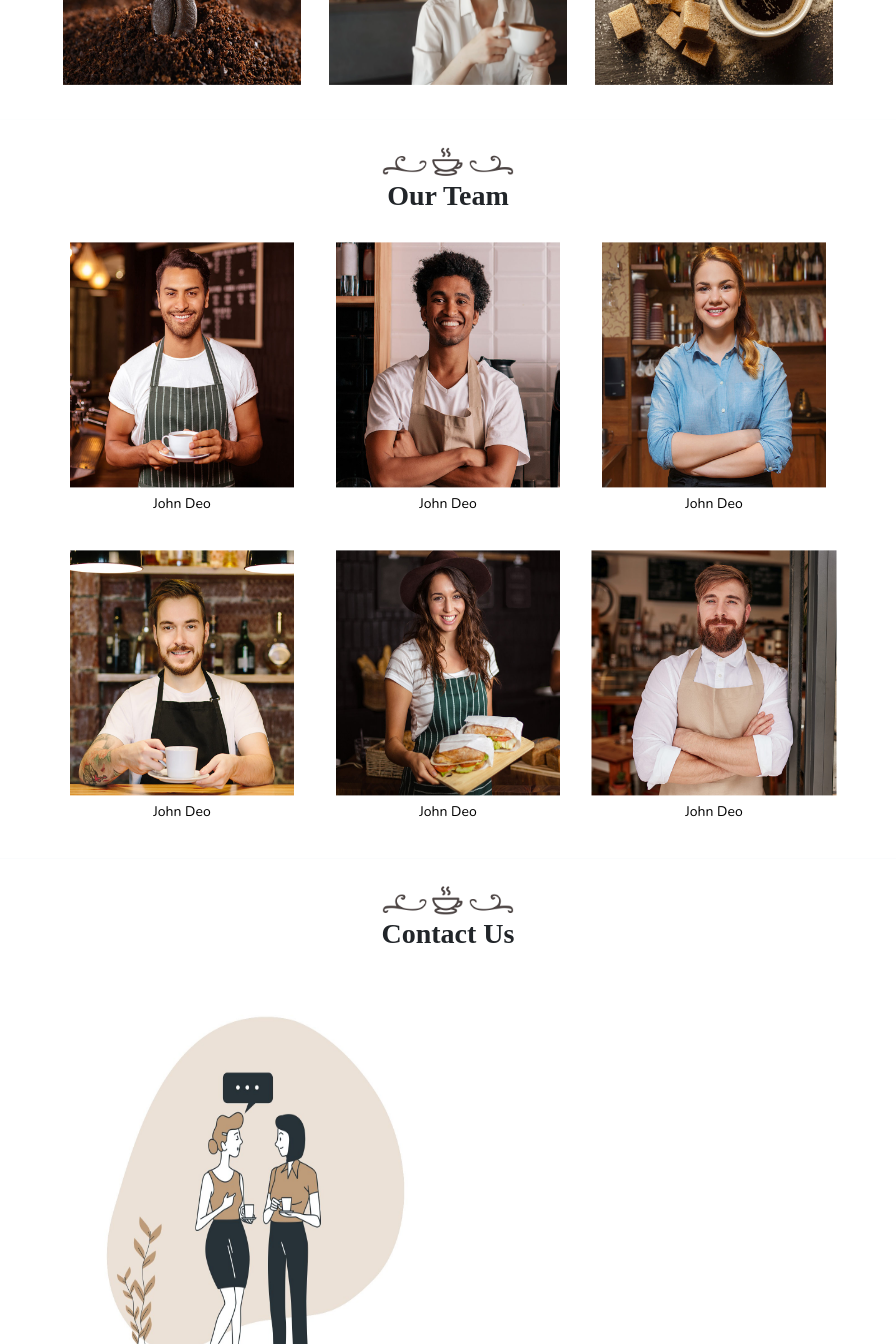
Repository: Ragavan728/coffee_full
Page: index.html
The author's editor kept a copy of each file at every save. The page is drawn from the files as they stood at one save, then again after a run of saves.
The browser window is 1280 px wide. The pictures show the part of the page from y = 3206 to 5126 px (the page is 5572 px tall), at 70% of full size.
Some web fonts or font styles are not loaded; a fallback is used.

Above is the page before, as saved 2025-02-10 16:31:00.

After the next 4 saves:
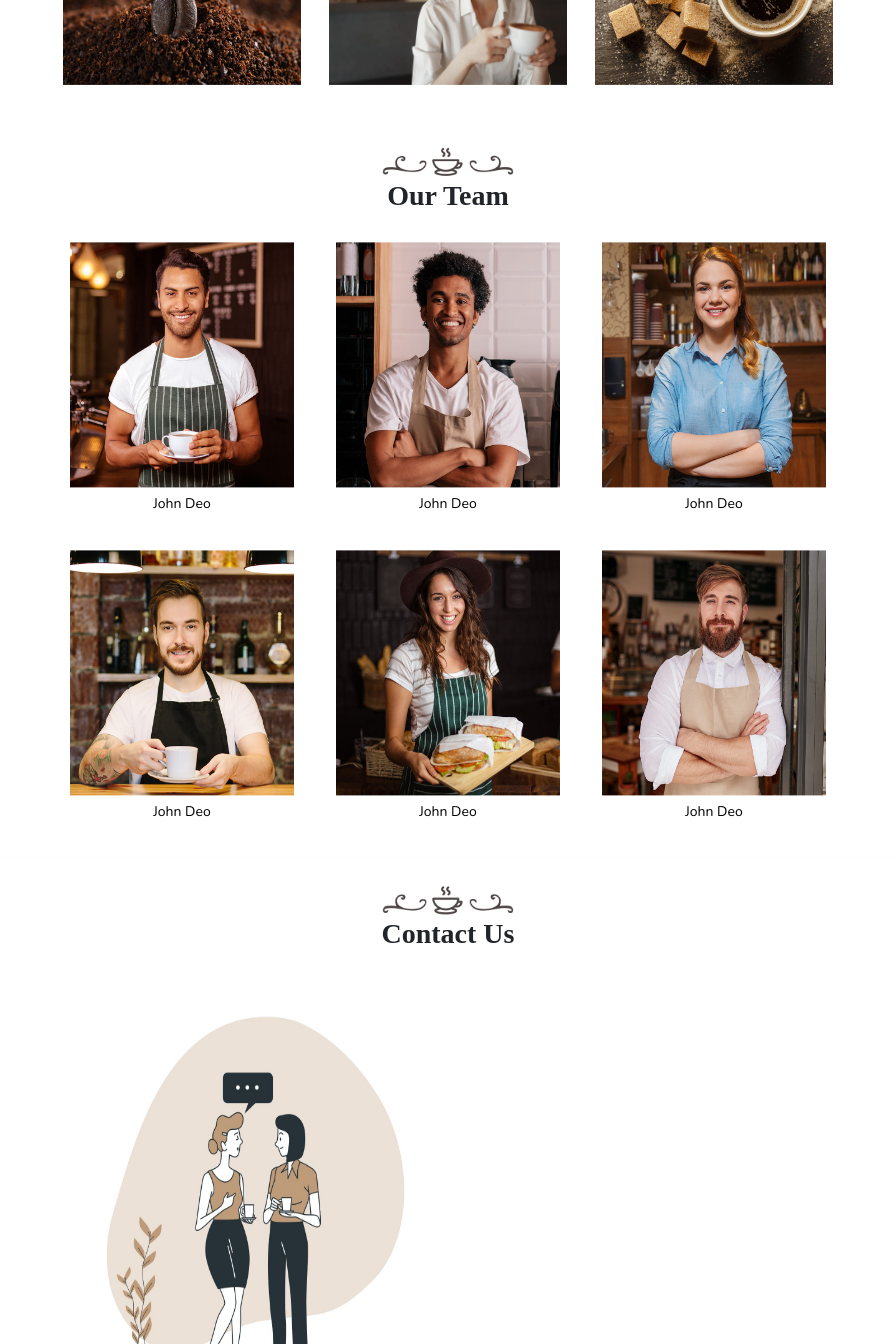
The 4 saves are shown as one change because they came seconds apart.
The last was saved 13 s later.
--- a/index.html
+++ b/index.html
@@ -319,8 +319,8 @@
                             </div>
                         </div>
                     </div>
-                    <div class="ourTeamBlock "> <!-- column 5 -->
-                        <div class="ourTeamCard"> <!-- subcolumn 1 -->
+                    <div class="ourTeamBlock  dflex"> <!-- column 5 -->
+                        <div class="ourTeamCard dflex-col"> <!-- subcolumn 1 -->
                             <figure class="teamCardHead">
                                 <img src="./assets/images/team_5.jpg" alt="team_5">
                             </figure>
@@ -329,8 +329,8 @@
                             </div>
                         </div>
                     </div>
-                    <div class="ourTeamBlock "> <!-- column 6 -->
-                        <div class="ourTeamBox"> <!-- subcolumn 1 -->
+                    <div class="ourTeamBlock dflex"> <!-- column 6 -->
+                        <div class="ourTeamCard dflex-col"> <!-- subcolumn 1 -->
                             <figure class="teamCardHead">
                                 <img src="./assets/images/team_6.jpg" alt="team_6">
                             </figure>
